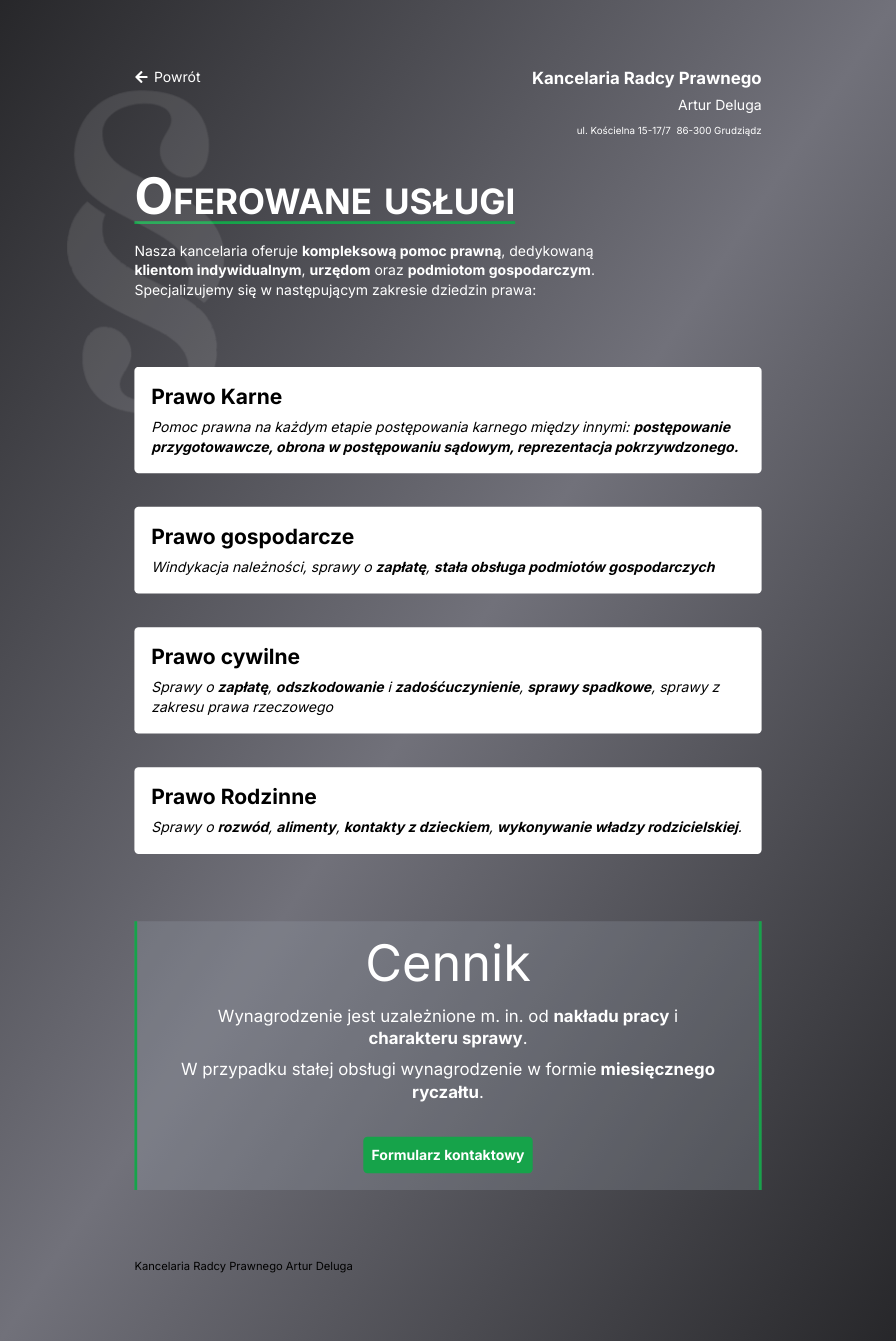
Repository: wesiudev/kancelaria-artur-deluga
Page: /oferta
These files come from the project's save history. The page is drawn as it stood at one moment and after the next save; the edit follows.
The browser window is 1280 px wide. The pictures show the whole page, at 70% of full size.
The project was rebuilt for these pictures with package versions that can differ from the ones it lists, and the page was loaded fresh each time. The framework's server and built-in components were replaced by stand-ins that run in the browser. Also part of the build but not shown: next.config.js.

Above is the page before, as saved 2023-08-09 17:23:09.

After the next save:
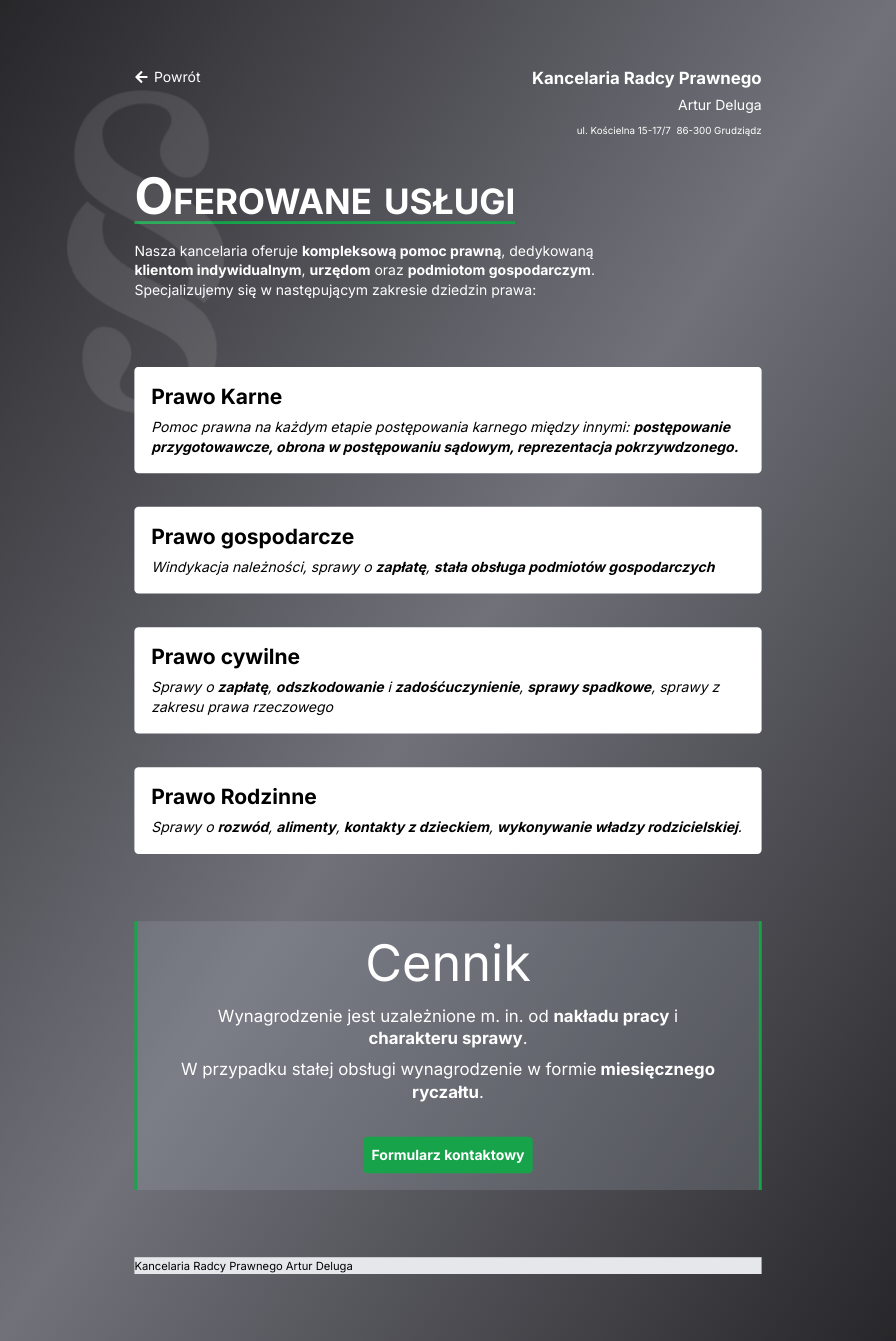
Saved 32 s later.
--- a/app/oferta/page.tsx
+++ b/app/oferta/page.tsx
@@ -161,7 +161,7 @@ export default function OfferMobile() {
             <div>ul. Kościelna 15-17/7</div>
             <div>86-300 Grudziądz</div>
           </div>
-          <div className="w-full mx-auto mt-24">
+          <div className="w-full mx-auto mt-24 bg-gray-200">
             Kancelaria Radcy Prawnego Artur Deluga
           </div>
         </div>
